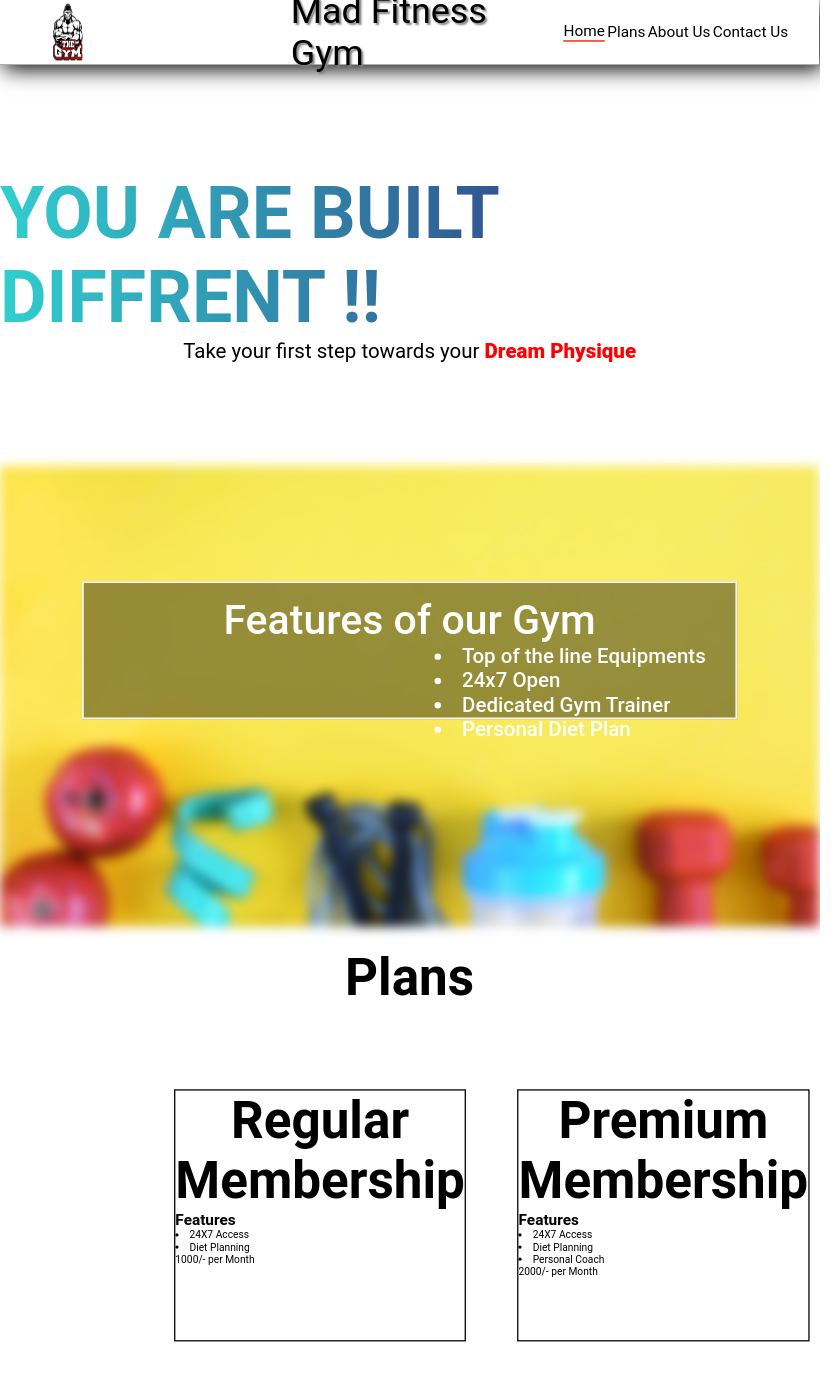
Repository: kapil4457/Doker-Web-Project-1
Page: / (app in frontend/)
An editor plug-in stored every save of this project. The page is shown before and after the next save, followed by the edit.
The browser window is 1280 px wide. The page is 1280 px wide, then 1313 px, so the pictures cover 1313 px, including what lies to the right of the window. The pictures show the whole page, at 64% of full size.
The project was rebuilt for these pictures with package versions that can differ from the ones it lists, and the page was loaded fresh each time.

Above is the page before, as saved 2022-06-15 10:39:34.

After the next save:
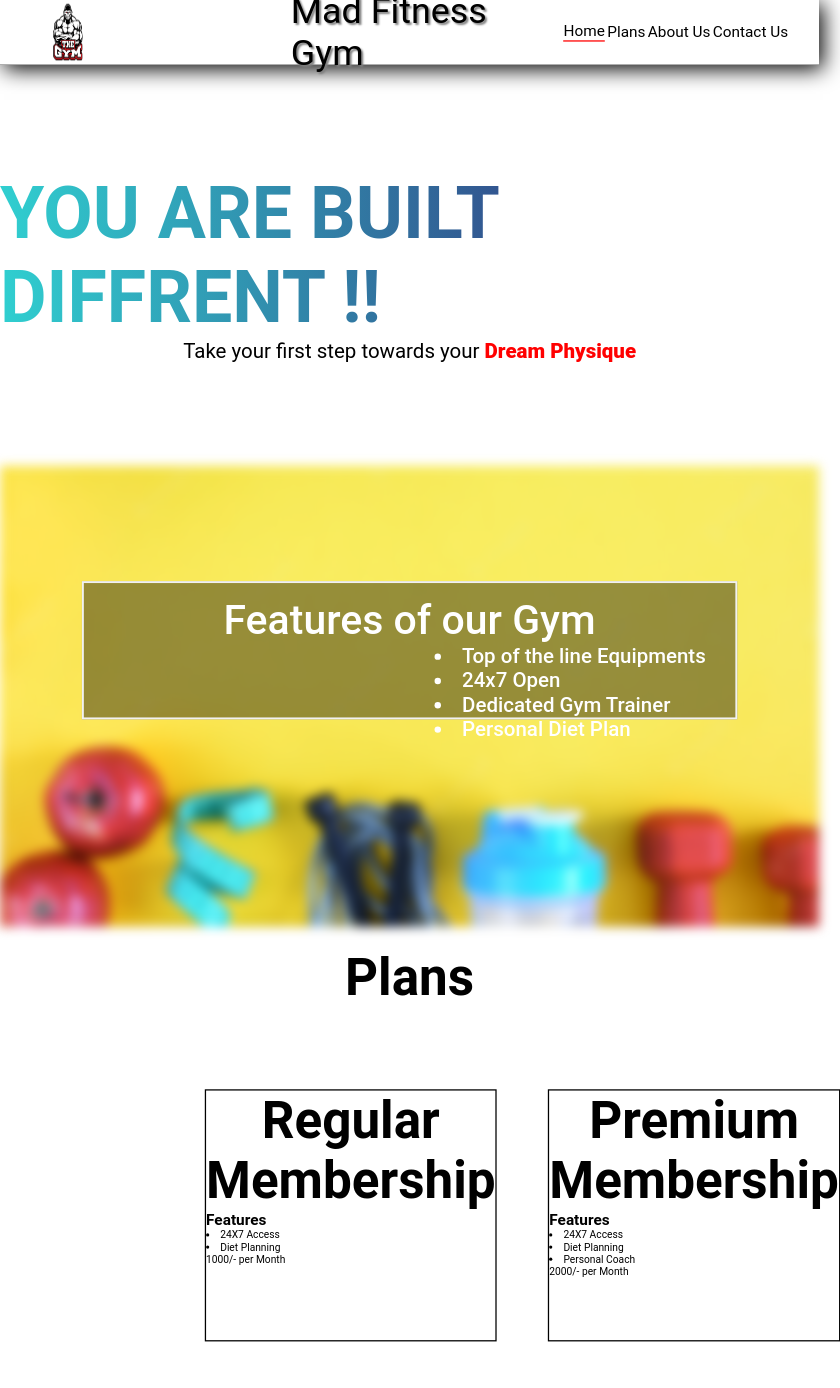
Saved 7 s later.
--- a/frontend/src/components/pricing.jsx
+++ b/frontend/src/components/pricing.jsx
@@ -34,7 +34,7 @@
   width: 100%;
   height: 60%;
   display: flex;
-  padding: 0rem 15rem;
+  padding: 0rem 18rem;
   gap: 5rem;
 `;
 const Regular = styled.div`
